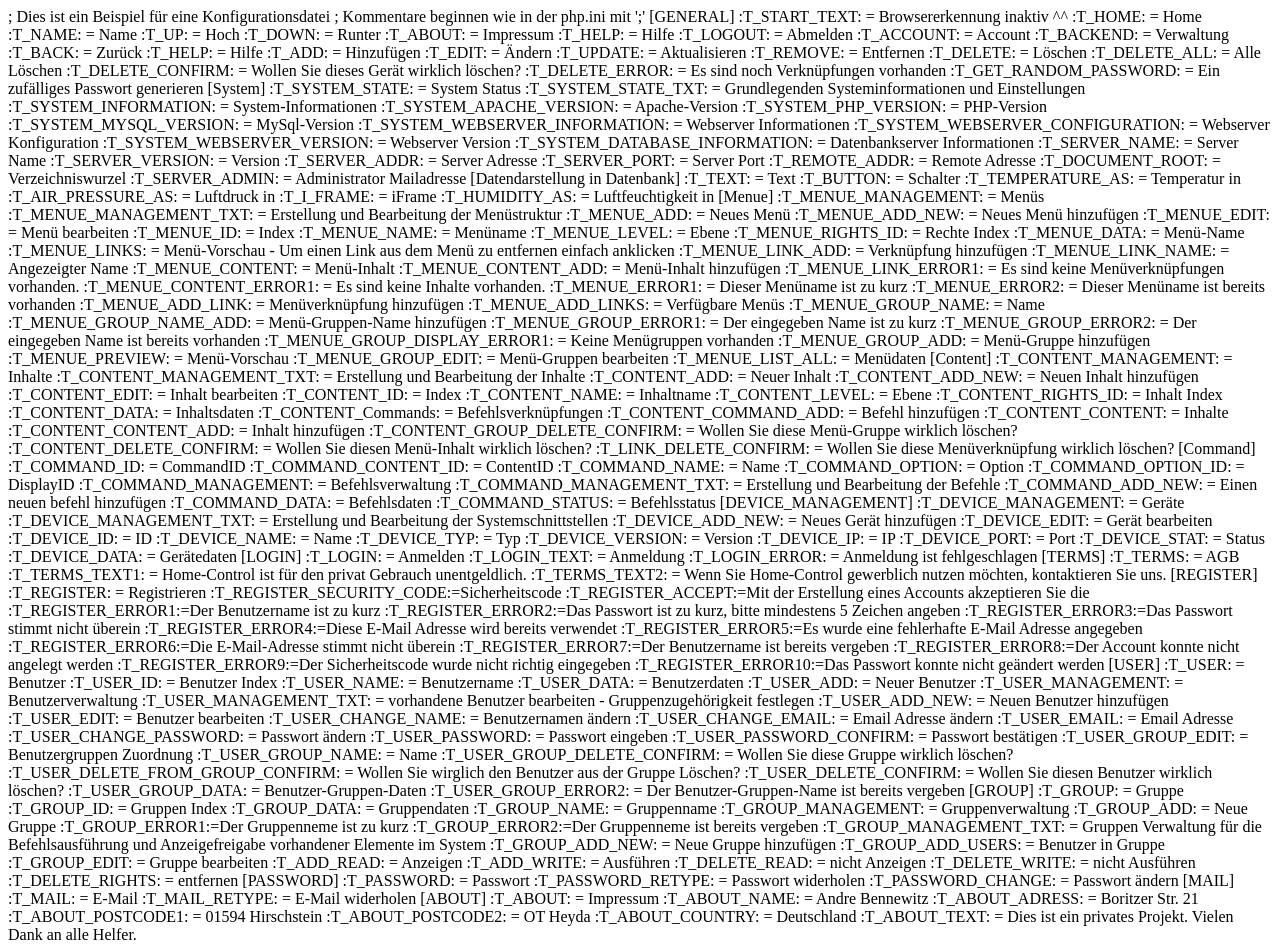
Repository: 0xF3ERROR/Home-Control
Page: http://localhost/language/lang_Ger.php
These files come from the project's save history. The page is drawn as it stood at one moment and after the next save; the edit follows.
The browser window is 1280 px wide. The pictures show the whole page.
The page is run by PHP 8.4 with error messages shown; the project is at /var/www/html/.

Above is the page before, as saved 2012-09-16 16:48:24.

After the next save:
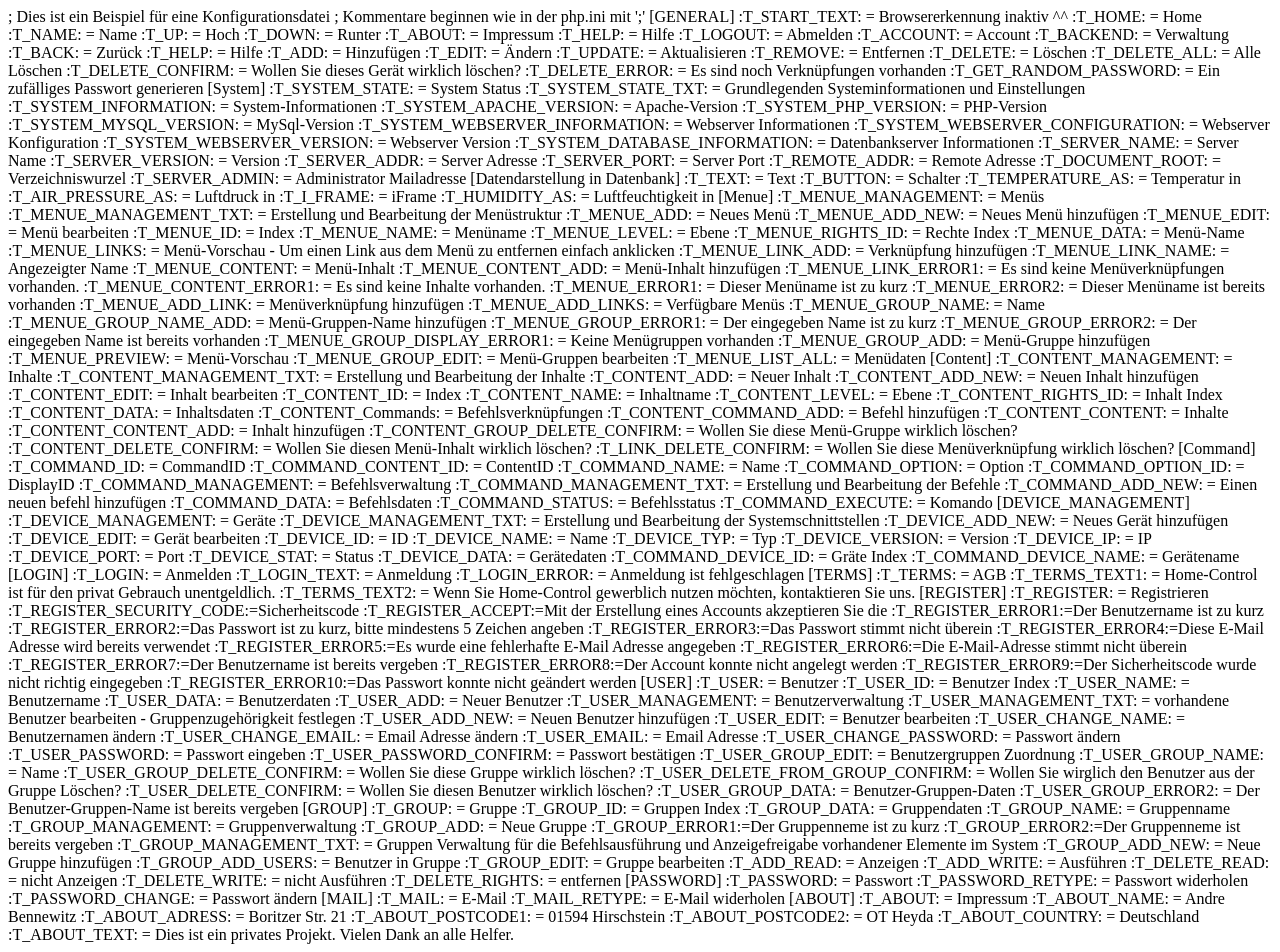
Saved 68 s later.
--- a/Source/language/lang_Ger.php
+++ b/Source/language/lang_Ger.php
@@ -123,6 +123,9 @@
 :T_COMMAND_ADD_NEW: = Einen neuen befehl hinzufügen
 :T_COMMAND_DATA: = Befehlsdaten
 :T_COMMAND_STATUS: = Befehlsstatus
+:T_COMMAND_EXECUTE: = Komando
+
+
 
 [DEVICE_MANAGEMENT]
 :T_DEVICE_MANAGEMENT: = Geräte
@@ -137,6 +140,8 @@
 :T_DEVICE_PORT: = Port
 :T_DEVICE_STAT: = Status
 :T_DEVICE_DATA: = Gerätedaten
+:T_COMMAND_DEVICE_ID: = Gräte Index
+:T_COMMAND_DEVICE_NAME: = Gerätename
 
 
 [LOGIN]
